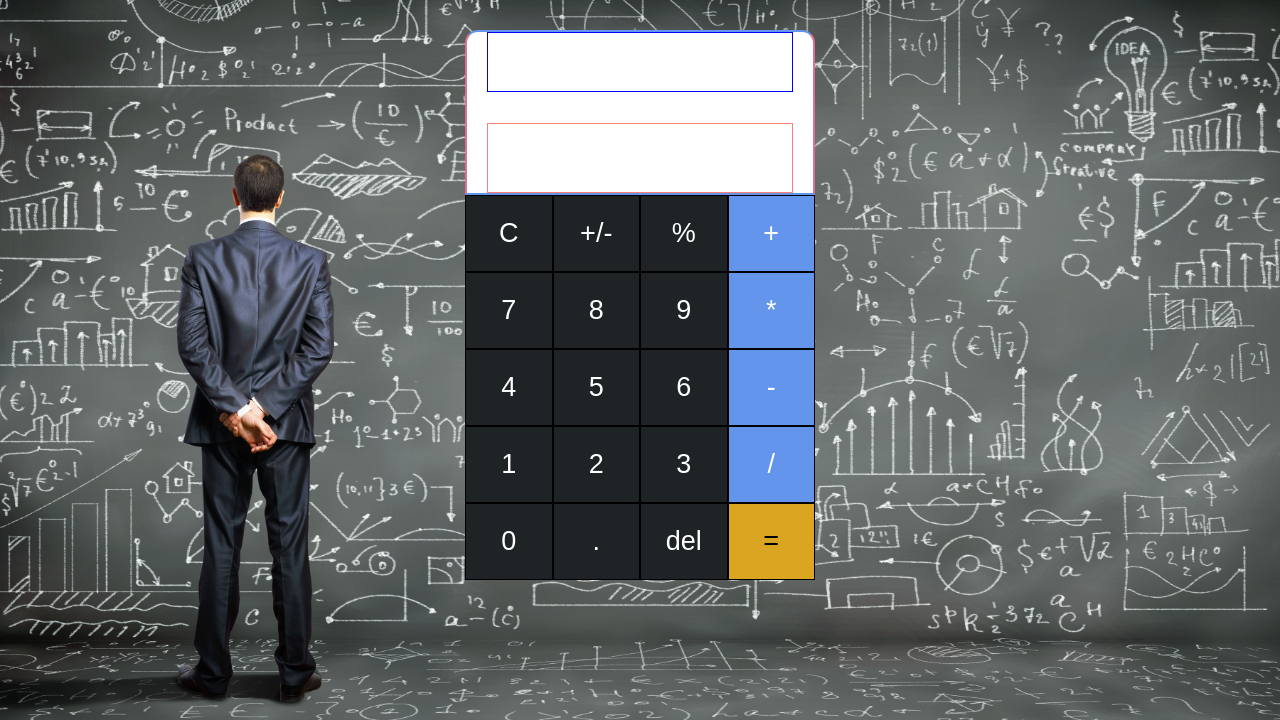
Repository: OfirLana/Calculator
Page: index.html
These files come from the project's save history. The page is drawn as it stood at one moment and after the next save; the edit follows.
The browser window is 1280 px wide. The pictures show the whole page.

Above is the page before, as saved 2019-03-17 21:48:18.

### index.html
<!DOCTYPE html>
<html lang="en">

<head>
    <meta charset="UTF-8">
    <meta name="viewport" content="width=device-width, initial-scale=1.0">
    <meta http-equiv="X-UA-Compatible" content="ie=edge">
    <link href="https://fonts.googleapis.com/css?family=Lato:100,300,400,700,900" rel="stylesheet">
    <title>Document</title>
    <link rel="stylesheet" href="style.css">
</head>

<body>
    <div class="calculator">
        <div class="output_box">
            <div class="main_output" ></div>
            <div class="sub_output"></div>
        </div>


        <div class="opeartor_box">
            <button class="btn dlt">C</button>
            <button class="btn">+/-</button>
            <button class="btn ">%</button>
            <button class="btn op">+</button>
            <button class="btn">7</button>
            <button class="btn">8</button>
            <button class="btn">9</button>
            <button class="btn op">*</button>
            <button class="btn">4</button>
            <button class="btn">5</button>
            <button class="btn">6</button>
            <button class="btn op">-</button>
            <button class="btn">1</button>
            <button class="btn">2</button>
            <button class="btn">3</button>
            <button class="btn op">/</button>
            <button class="btn">0</button>
            <button class="btn">.</button>
            <button class="btn">del</button>
            <button class="btn sum">=</button>


        </div>








    </div>
    <script src="index.js"></script>
</body>

</html>

### style.css
* {
    margin: 0;
    padding: 0;
    box-sizing: border-box;
}

html {
    font-size: 62.5%;
}

body {
    font-family: "Lato", sans-serif;
    font-size: 1.6rem;
    color: #777;
    padding: 3rem;
    /* background: cadetblue; */
    background:url(img/math2.jpg);
    background-size: cover;

}

.calculator {
    display: flex;
    flex-direction: column;
    margin: 0 auto;
    width: 35rem;
    height: 55rem;
    /* border: 1px solid red; */
    border-radius: 5px;
}

.output_box {
    display: flex;
    flex-direction: column;
    flex-basis: 30%;
    border: 2px solid cornflowerblue;
    border-radius: 13px 13px 0px 0px;
    border-right: 2px solid palevioletred;
    border-left: 2px solid palevioletred;
    width: 100%;
    justify-content: space-between;
    padding:0px 20px;
    background:white;
    color:black;
    font-size:19px;
}

.main_output {
    display: flex;
    border: 1px solid blue;
    height: 6rem;
    justify-content: center;
    align-items:center;
    /* background:blue; */
  /* border:1px solid tomato; */
    width:100%;
    /* background:blue; */
    text-align:end;
    overflow: hidden;
}






.sub_output {
    display: flex;
    border: 1px solid salmon;
    height: 7rem;
    /* background:red; */
    display:flex;
    justify-content: center;
    align-items: center;
    overflow: hidden;
    /* background:tomato; */
}

.opeartor_box{
    display:flex;
    /* flex-direction: column; */
    flex-wrap:wrap;
    width:100%;
    /* border:5px solid purple; */
    flex-basis:70%;
}

.btn{
    width:25%;
    height:20%;
    background:#1E2326;
    border: 1px solid black;
    color:white;
    font-size:27px;
    font-weight:100;
    cursor: pointer;
}

.btn:active{
    background:blue;
    border:1px solid black;
}
.btn:hover{
    opacity:0.8;
}
.op {
    background:cornflowerblue;
}

.sum{
    background:goldenrod;
    color:black;
}

Loaded but not shown: index.js (no copy from this time; the picture is the same without it)

After the next save:
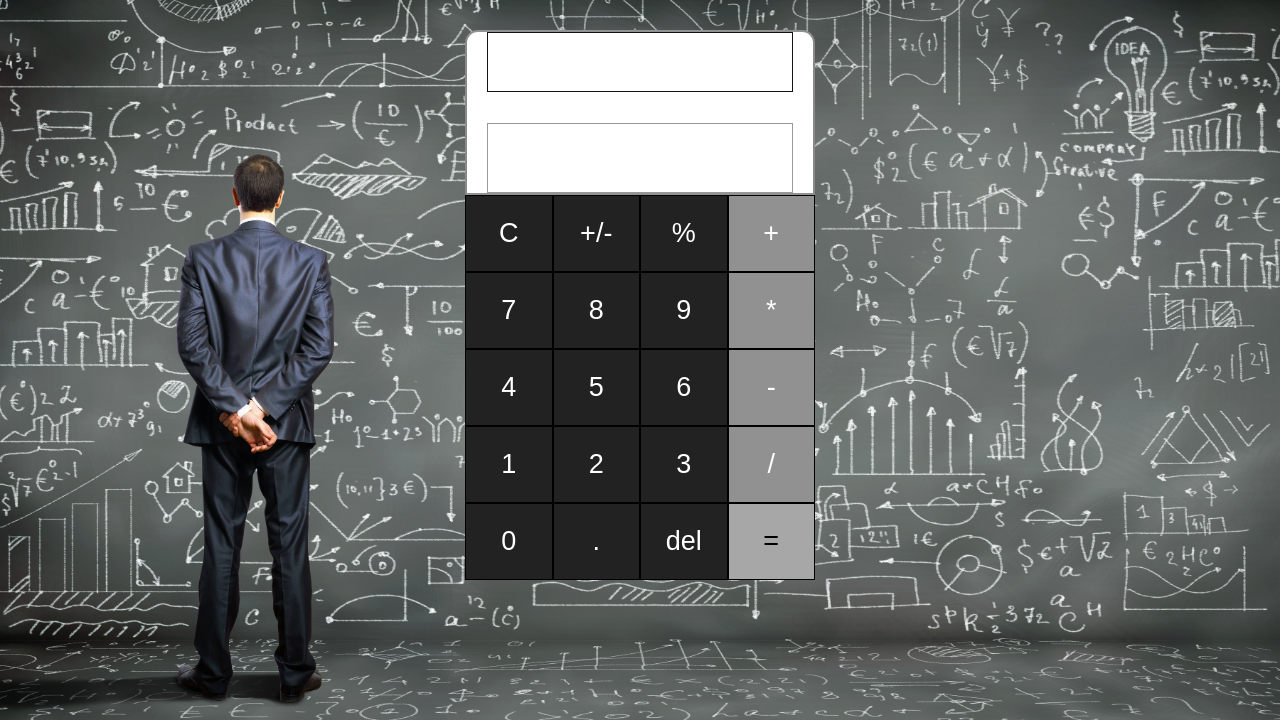
Saved 23 s later.
--- a/style.css
+++ b/style.css
@@ -16,7 +16,7 @@
     /* background: cadetblue; */
     background:url(img/math2.jpg);
     background-size: cover;
-
+    filter: grayscale(100%);
 }
 
 .calculator {

After the save that followed:
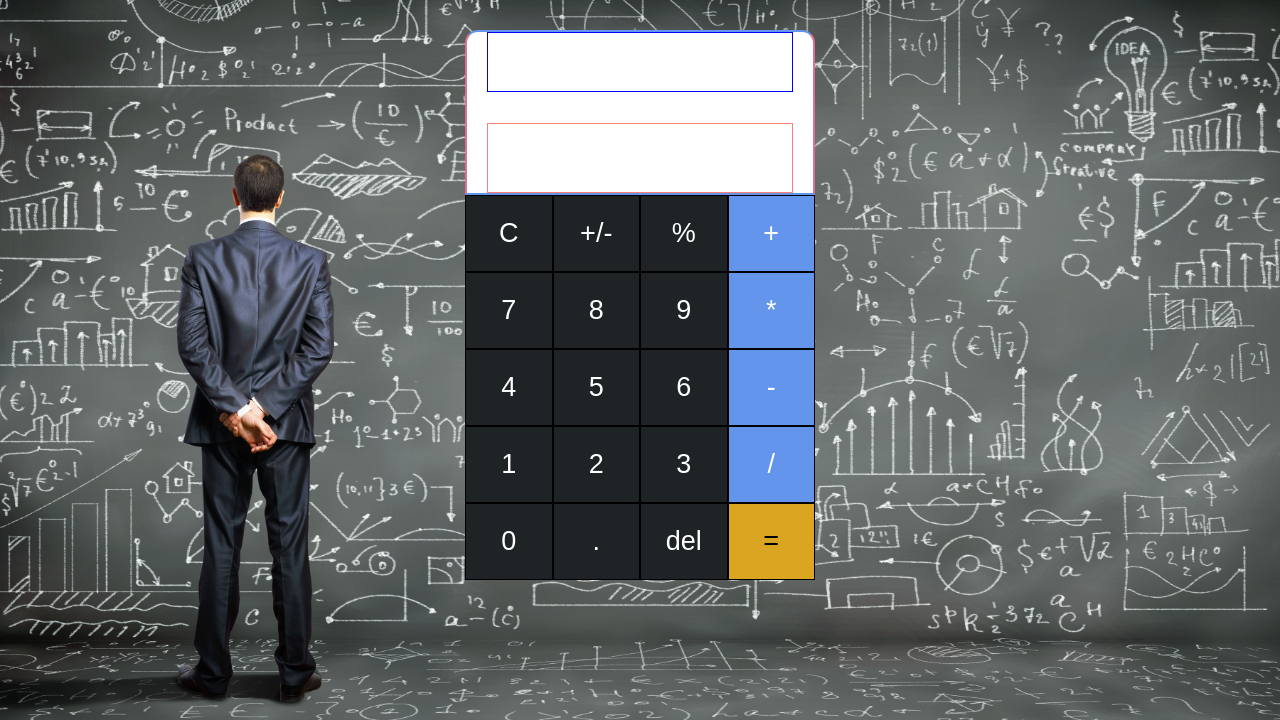
Saved 5 s later.
--- a/style.css
+++ b/style.css
@@ -16,7 +16,7 @@
     /* background: cadetblue; */
     background:url(img/math2.jpg);
     background-size: cover;
-    filter: grayscale(100%);
+
 }
 
 .calculator {
